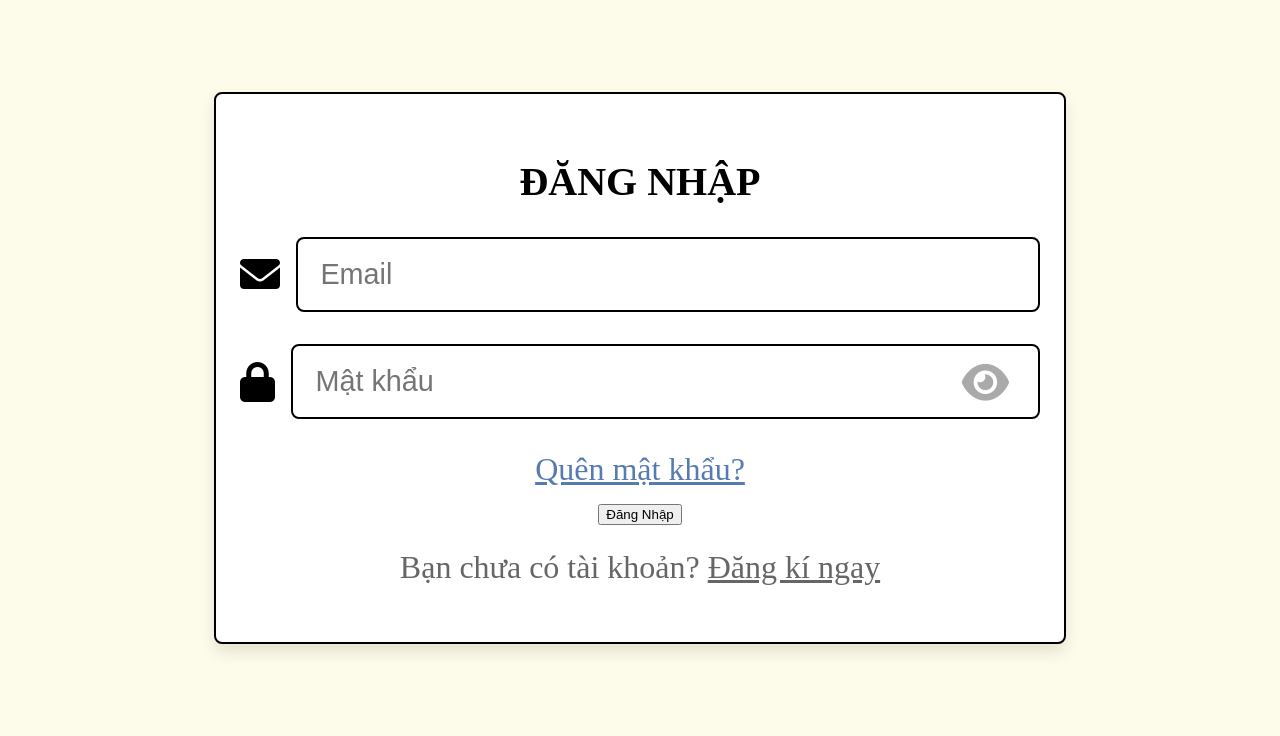
Repository: Dien973/expense_manager
Page: http://localhost/expense_manager/account/login.php
The author's editor kept a copy of each file at every save. The page is drawn from the files as they stood at one save, then again after the next save.
The browser window is 1280 px wide. The pictures show the whole page.
The pointer rests on the first visible `.form-container form p a`.
The page is run by PHP 8.4 with error messages shown; the project is at /var/www/html/.

Above is the page before, as saved 2025-12-05 17:44:28.

After the next save:
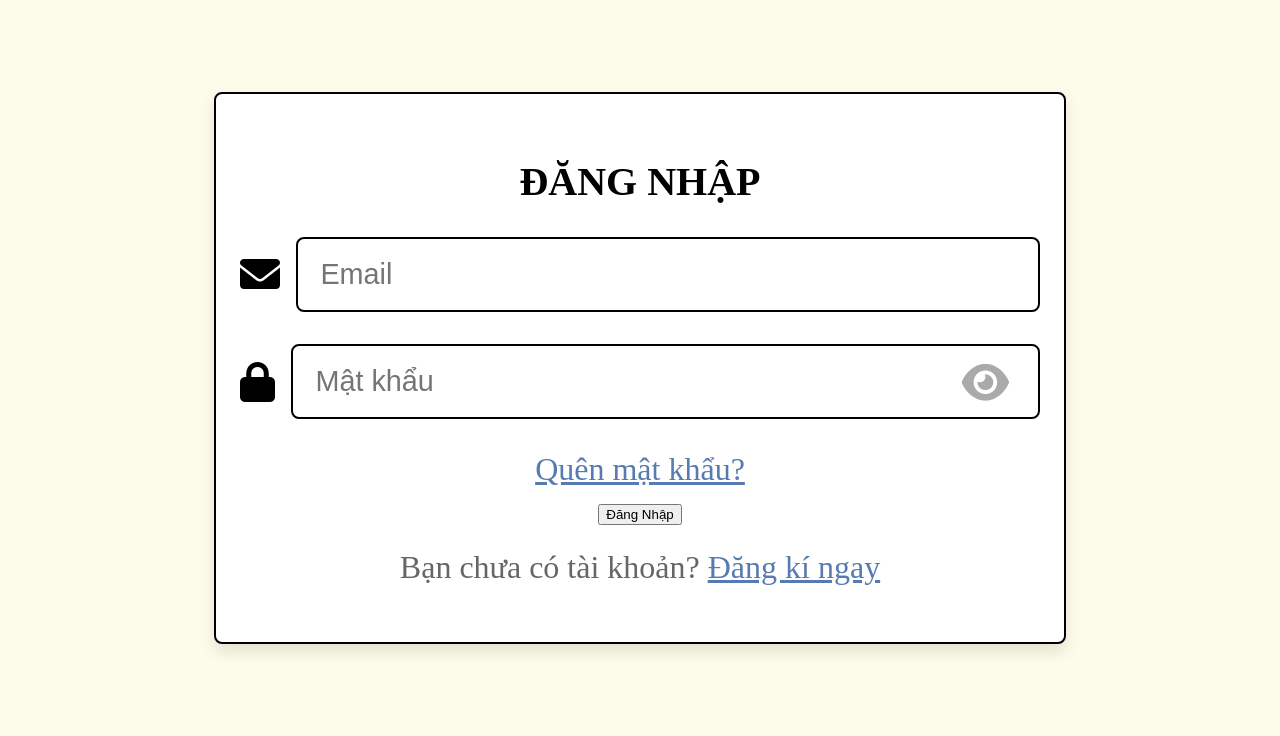
Saved 21 s later.
--- a/css/main.css
+++ b/css/main.css
@@ -56,7 +56,7 @@ body {
 }
 
 .form-container form p a:hover {
-  color: #666;
+  color: #567bb2;
 }
 
 /*-- forgot password --*/
